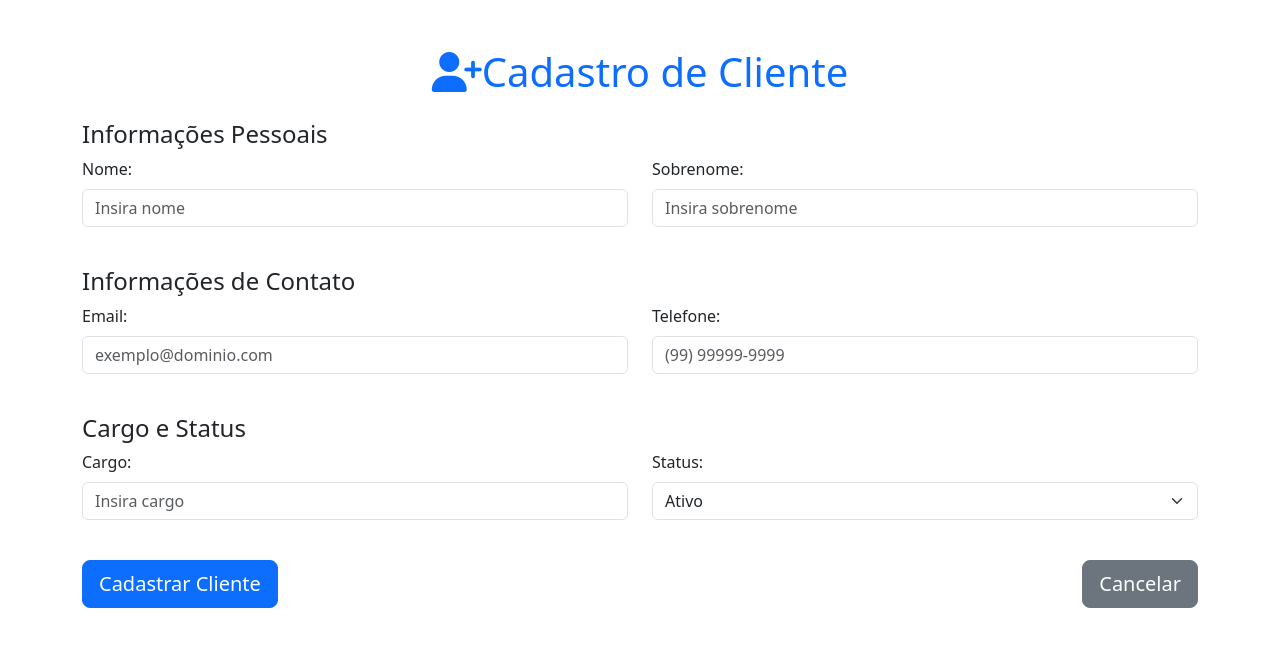
Repository: claudinez/kaspper-projeto-orcamento
Page: http://localhost/clientes/formulario
These files come from the project's save history. The page is drawn as it stood at one moment and after the next save; the edit follows.
The browser window is 1280 px wide. The pictures show the whole page.
The page is this project's Thymeleaf template; nobody is signed in. The template is opened directly, without the code that normally fills it, so the values that code supplies are empty.

Above is the page before, as saved 2025-01-24 22:09:18.

### projeto_kaspper_back_end-main/sistema_servicos/sistema_servicos/src/main/resources/templates/clientes/formulario.html
<!DOCTYPE html>
<html lang="pt-br" xmlns:th="http://www.thymeleaf.org">
<head>
    <meta charset="UTF-8">
    <meta name="viewport" content="width=device-width, initial-scale=1.0">
    <title>Cadastro de Cliente</title>
    <link href="https://cdn.jsdelivr.net/npm/bootstrap@5.3.0/dist/css/bootstrap.min.css" rel="stylesheet">
    <link rel="stylesheet" href="https://cdnjs.cloudflare.com/ajax/libs/font-awesome/6.4.2/css/all.min.css">
</head>
<body>
<div class="container mt-5">
    <h1 class="text-center mb-4 text-primary">
        <i class="fa-solid fa-user-plus"></i>Cadastro de Cliente</h1>

    <!-- Formulário de Cliente -->

    <form th:action="@{/clientes/salvar}" th:object="${cliente}" method="post">

        <input type="hidden" th:field="*{id}"/>

        <!-- Informações Pessoais -->
        <div class="mb-4">
            <h4>Informações Pessoais</h4>
            <div class="row">
                <div class="col-md-6 col-12 mb-3">
                    <label for="nome" class="form-label">Nome:</label>
                    <input type="text" class="form-control" id="nome" th:field="*{nome}" maxlength="50" placeholder="Insira nome" required />
                </div>
                <div class="col-md-6 col-12 mb-3">
                    <label for="sobrenome" class="form-label">Sobrenome:</label>
                    <input type="text" class="form-control" id="sobrenome" th:field="*{sobrenome}" maxlength="50" placeholder="Insira sobrenome" required />
                </div>
            </div>
        </div>

       <!-- Informações de Contato -->
        <div class="mb-4">
            <h4>Informações de Contato</h4>
            <div class="row">
                <div class="col-md-6 col-12 mb-3">
                    <label for="email" class="form-label">Email:</label>
                    <input type="email" class="form-control" id="email" th:field="*{email}" maxlength="150" placeholder="exemplo@dominio.com" required />
                </div>
                <div class="col-md-6 col-12 mb-3">
                    <label for="telefone" class="form-label">Telefone:</label>
                    <input type="text" class="form-control" id="telefone" th:field="*{telefone}" maxlength="15" placeholder="(99) 99999-9999" />
                </div>
            </div>
        </div>

         <!-- Cargo e Status -->
        <div class="mb-4">
            <h4>Cargo e Status</h4>
            <div class="row">
                <div class="col-md-6 col-12 mb-3">
                    <label for="cargo" class="form-label">Cargo:</label>
                    <input type="text" class="form-control" id="cargo" th:field="*{cargo}" maxlength="30" placeholder="Insira cargo" />
                </div>
                <div class="col-md-6 col-12 mb-3">
                    <label for="status" class="form-label">Status:</label>
                    <select class="form-select" id="status" th:field="*{status}">
                        <option value="Aberto">Ativo</option>
                        <option value="Fechado">Inativo</option>
                        <option value="Aguardando">Aguardando</option>
                    </select>
                </div>
            </div>
        </div>

       <!-- Botões de Ação -->
        <div class="d-flex justify-content-between">
            <button type="submit" class="btn btn-primary btn-lg">Cadastrar Cliente</button>
            <button type="button" class="btn btn-secondary btn-lg" onclick="resetForm()">Cancelar</button>
        </div>
    </form>

</div>

<script>
    function resetForm() {
        document.querySelector("form").reset();
        document.getElementById("nome").focus();
    }
</script>

<script src="https://cdn.jsdelivr.net/npm/bootstrap@5.3.0/dist/js/bootstrap.bundle.min.js"></script>
</body>
</html>

After the next save:
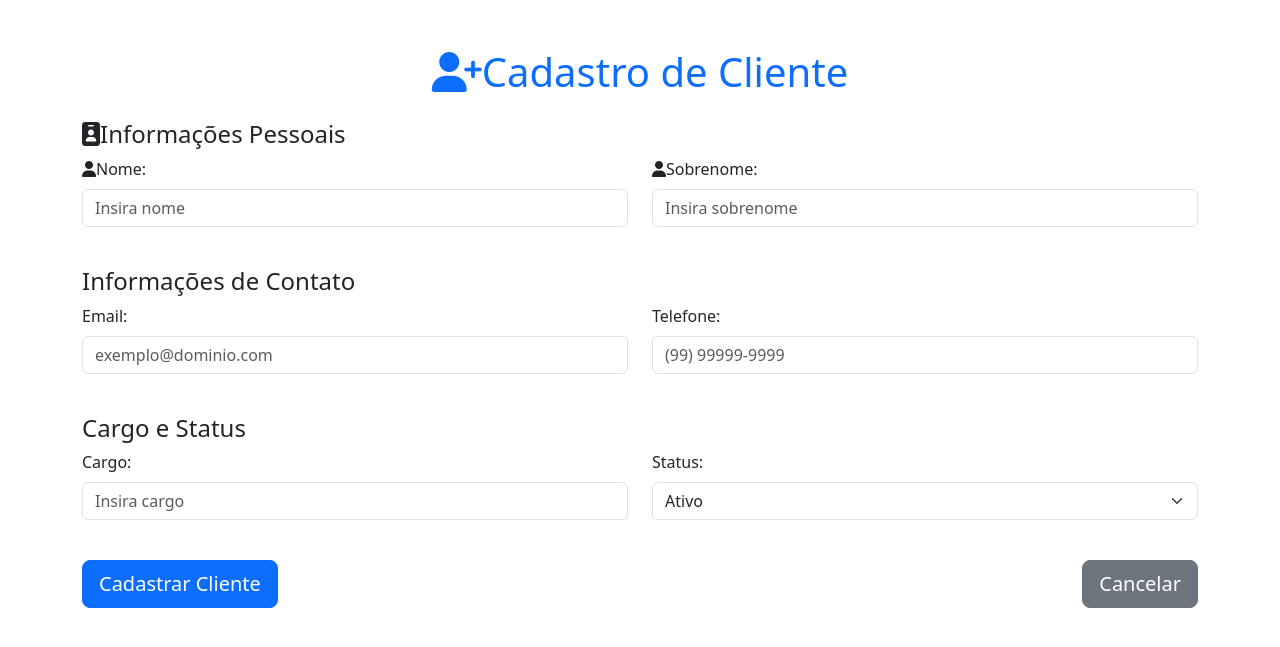
Saved 6 min 46 s later.
--- a/projeto_kaspper_back_end-main/sistema_servicos/sistema_servicos/src/main/resources/templates/clientes/formulario.html
+++ b/projeto_kaspper_back_end-main/sistema_servicos/sistema_servicos/src/main/resources/templates/clientes/formulario.html
@@ -10,24 +10,25 @@
 <body>
 <div class="container mt-5">
     <h1 class="text-center mb-4 text-primary">
-        <i class="fa-solid fa-user-plus"></i>Cadastro de Cliente</h1>
+        <i class="fa-solid fa-user-plus"></i>Cadastro de Cliente
+    </h1>
 
     <!-- Formulário de Cliente -->
 
     <form th:action="@{/clientes/salvar}" th:object="${cliente}" method="post">
-
         <input type="hidden" th:field="*{id}"/>
 
         <!-- Informações Pessoais -->
+
         <div class="mb-4">
-            <h4>Informações Pessoais</h4>
+            <h4><i class="fa-solid fa-id-badge"></i>Informações Pessoais</h4>
             <div class="row">
                 <div class="col-md-6 col-12 mb-3">
-                    <label for="nome" class="form-label">Nome:</label>
+                    <label for="nome" class="form-label"><i class="fa-solid fa-user"></i>Nome:</label>
                     <input type="text" class="form-control" id="nome" th:field="*{nome}" maxlength="50" placeholder="Insira nome" required />
                 </div>
                 <div class="col-md-6 col-12 mb-3">
-                    <label for="sobrenome" class="form-label">Sobrenome:</label>
+                    <label for="sobrenome" class="form-label"><i class="fa-solid fa-user"></i>Sobrenome:</label>
                     <input type="text" class="form-control" id="sobrenome" th:field="*{sobrenome}" maxlength="50" placeholder="Insira sobrenome" required />
                 </div>
             </div>
